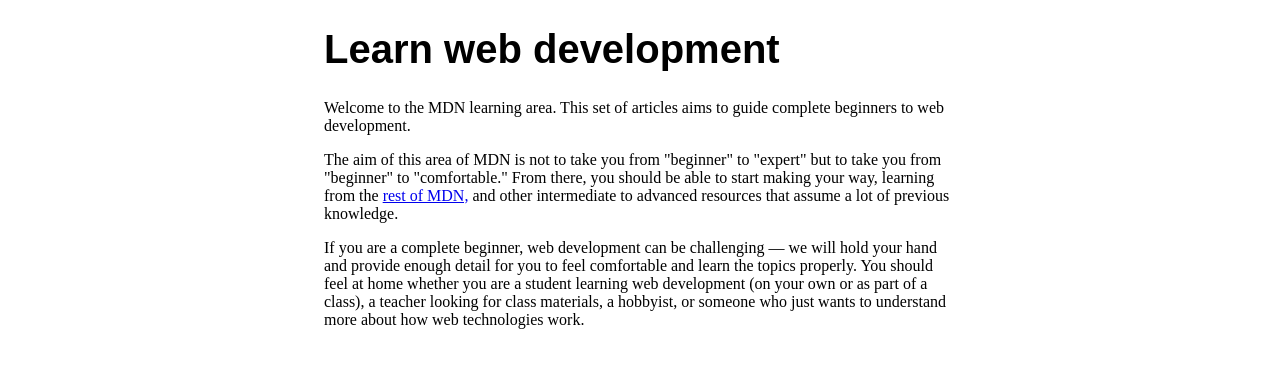
Repository: sriram1224/ReactProjects.github.io
Page: Assignments/Assignment2/index.html
The author's editor kept a copy of each file at every save. The page is drawn from the files as they stood at one save, then again after the next save.
The browser window is 1280 px wide. The pictures show the whole page.
Some web libraries are served in a nearby version.

Above is the page before, as saved 2024-03-01 10:57:17.

After the next save:
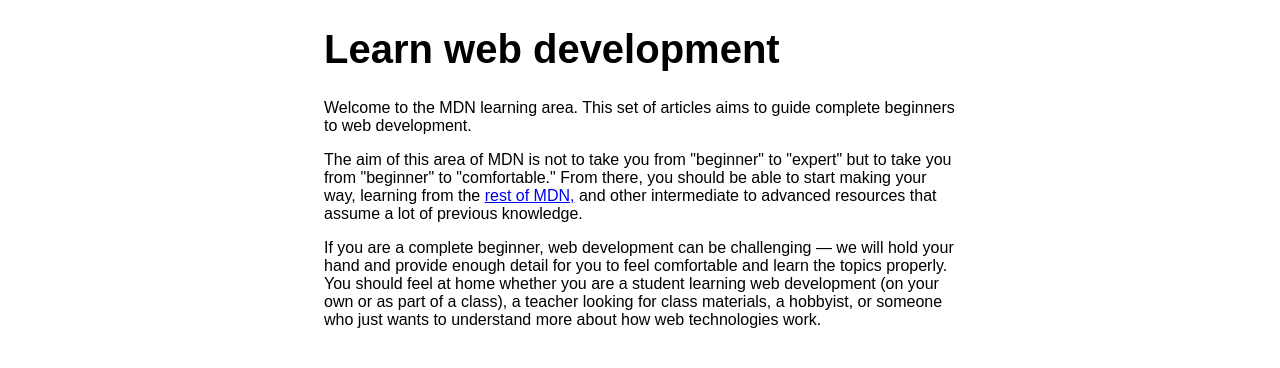
Saved 13 s later.
--- a/Assignments/Assignment2/index.html
+++ b/Assignments/Assignment2/index.html
@@ -10,6 +10,7 @@
         #root {
           margin: 0 auto;
           width: 50%;
+          font-family:Arial, Helvetica, sans-serif;
 
         }
         #title {
